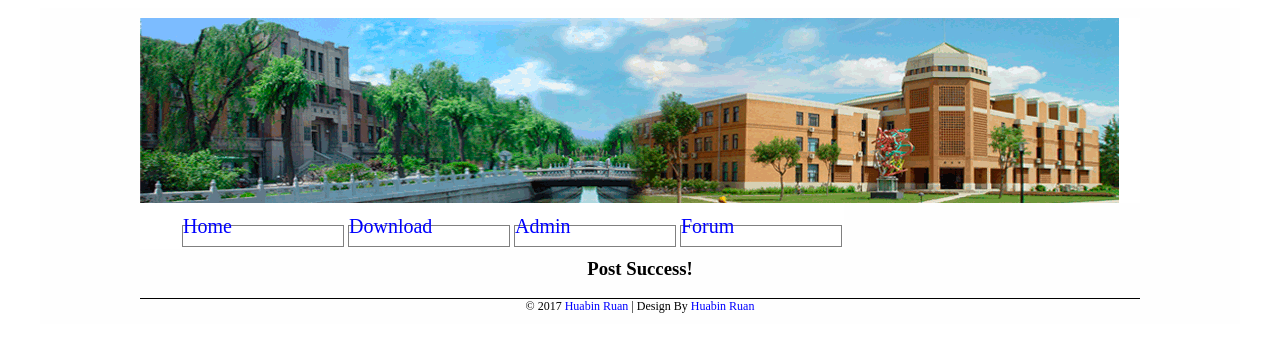
Repository: ruanhuabin/LifeSoftwareWebSite
Page: http://localhost/CryoEM/software_post_success.jsp
These files come from the project's save history. The page is drawn as it stood at one moment and after the next save; the edit follows.
The browser window is 1280 px wide. The pictures show the whole page.
The page is served by Tomcat 9. Nobody is signed in. The application's start-up code is not run.

Above is the page before, as saved 2017-08-14 05:03:09.

After the next save:
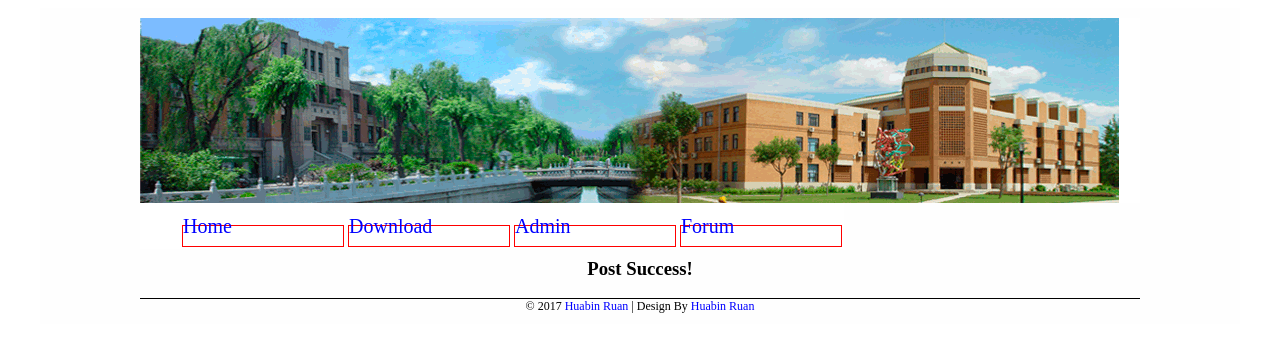
Saved 20 s later.
--- a/CryoEM/WebRoot/style.css
+++ b/CryoEM/WebRoot/style.css
@@ -117,7 +117,7 @@ ul li:last-child ul {
 
 li{
     margin-top: 1px;
-    border:1px solid grey;
+    border:1px solid red;
 }
 
 li:first-child {
